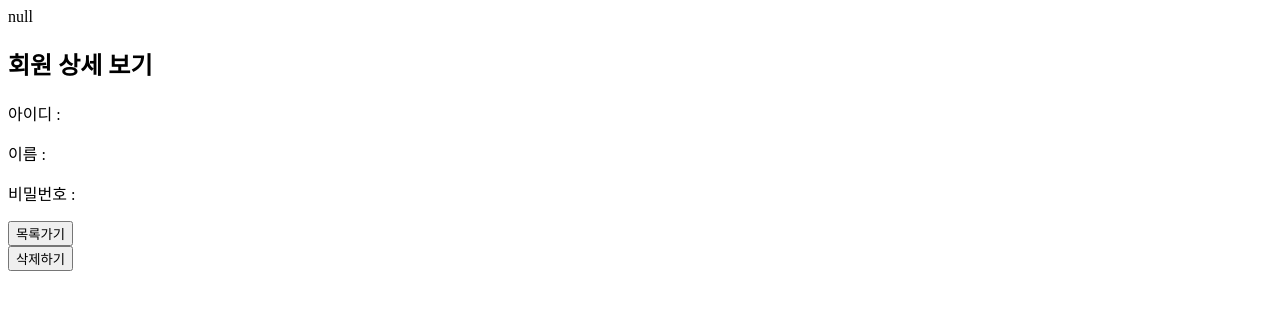
Repository: design-view/jspstudy
Page: http://localhost/GreenJsp/04jdbc/memberDetail.jsp
These files come from the project's save history. The page is drawn as it stood at one moment and after the next save; the edit follows.
The browser window is 1280 px wide. The pictures show the whole page.
The page is served by Tomcat 9. Other server files are loaded and not shown. Queries for data that is not in the repository find no rows.

Above is the page before, as saved 2024-01-12 05:38:02.

### GreenJsp/src/main/webapp/04jdbc/memberDetail.jsp
<%@page import="java.sql.ResultSet"%>
<%@page import="java.sql.Statement"%>
<%@page import="common.JDBCConnect"%>
<%@ page language="java" contentType="text/html; charset=UTF-8"
    pageEncoding="UTF-8"%>
<!DOCTYPE html>
<html>
<head>
<meta charset="UTF-8">
<title>Insert title here</title>
</head>
<body>
	<%
		String userid = request.getParameter("id");
		out.println(userid);

		//id값에 해당하는 게시글 조회
		//select * from member where id=userid
		//1.접속
		JDBCConnect jdbc = new JDBCConnect();
		//2.쿼리작성 쿼리객체 생성
		String sql = "select * from member where id='"+userid+"'";
		Statement stmt = jdbc.con.createStatement();
		//3.쿼리실행 executeUpdate(), executeQuery(sql)
		ResultSet rs = stmt.executeQuery(sql);
		String id = "";
		String pass = "";
		String name = "";
		if(rs.next()){
			id = rs.getString("id");
			pass = rs.getString("pass");
			name = rs.getString("name");
		}
		jdbc.close();
	%>
	<h2>회원 상세 보기</h2>
	<p>아이디 : <%=id%></p>
	<p>이름 : <%=name%></p>
	<p>비밀번호 : <%=pass%></p>
	<button onclick="location.href='memberlist.jsp'">목록가기</button>
	<form action="delete_process.jsp" method="post">
		<input type="hidden" value="<%=id%>" name="id" />
		<button type="submit">삭제하기</button>
	</form>

</body>
</html>

### GreenJsp/src/main/java/common/JDBCConnect.java
package common;

import java.sql.Connection;
import java.sql.DriverManager;
import java.sql.PreparedStatement;
import java.sql.ResultSet;
import java.sql.SQLException;
import java.sql.Statement;

import javax.servlet.ServletContext;

public class JDBCConnect {
	//데이터베이스연결
	public Connection con;
	//정적 쿼리문을 실행할때 사용
	public Statement stmt;
	//동적 쿼리문을 실행할때 사용
	public PreparedStatement psmt;
	//select 쿼리문의 결과를 저장
	public ResultSet rs;

	//기본생성자
	public JDBCConnect() {
		try {
			//JDBC드라이버 로드
			Class.forName("oracle.jdbc.OracleDriver");
			//오라클 경로  jdbc:oracle:thin ---> 오라클 프로토콜
			//http://naver.com   jdbc:oracle:thin:@localhost:1521:xe
			String url = "jdbc:oracle:thin:@localhost:1521:xe";
			String id = "greenjsp";
			String pw = "green1234";
			con = DriverManager.getConnection(url,id,pw);
			System.out.println("JDBC 컨넥션 생성");
		} catch (Exception e) {
			// TODO Auto-generated catch block
			e.printStackTrace();
		}
	}
	//생성자 오버로딩
	public JDBCConnect(String driver, String url, String id, String pw) {

			try {
				//JDBC 드라이버 로드
				Class.forName(driver);
				//DB연결
				con = DriverManager.getConnection(url,id,pw);
				System.out.println("2번째 생성자로 생성");
			} catch (Exception e) {
				// TODO Auto-generated catch block
				e.printStackTrace();
			}


	}


	//생성자3
	public JDBCConnect(ServletContext application) {
		try {
			String driver = application.getInitParameter("OracleDriver");
			String url = application.getInitParameter("OracleURL");
			String id = application.getInitParameter("OracleId");
			String pw = application.getInitParameter("OraclePwd");
			//JDBC 드라이버 로드
			Class.forName(driver);
			//DB연결
			con = DriverManager.getConnection(url,id,pw);
			System.out.println("2번째 생성자로 생성");
		} catch (Exception e) {
			// TODO Auto-generated catch block
			e.printStackTrace();
		}
	}
	//연결해지
	public void close() {
			try {
				if(rs != null) rs.close();
				if(stmt != null) stmt.close();
				if(psmt != null) psmt.close();
				if(con != null) con.close();
				System.out.println("자원해지");
			} catch (SQLException e) {
				// TODO Auto-generated catch block
				e.printStackTrace();
			}
	}

}

After the next save:
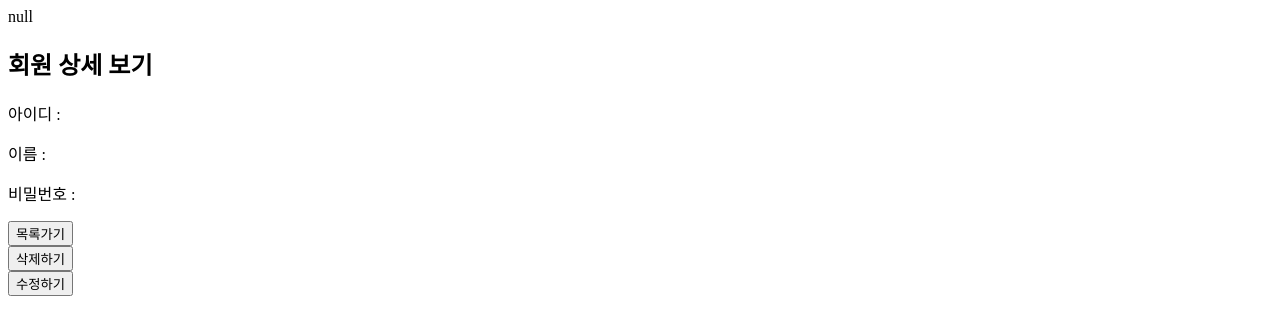
Saved 31 min 26 s later.
--- a/GreenJsp/src/main/webapp/04jdbc/memberDetail.jsp
+++ b/GreenJsp/src/main/webapp/04jdbc/memberDetail.jsp
@@ -42,6 +42,10 @@
 		<input type="hidden" value="<%=id%>" name="id" />
 		<button type="submit">삭제하기</button>
 	</form>
+	<form action="memberedit.jsp" method="post">
+		<input type="hidden" value="<%=id%>" name="id" />
+		<button type="submit">수정하기</button>
+	</form>
 
 </body>
 </html>
